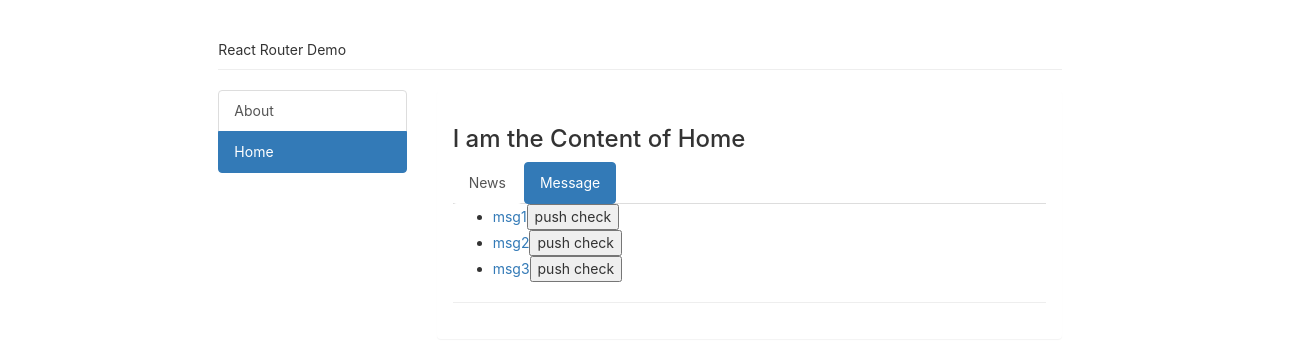
Repository: wenxi0504/Pubsub220113
Page: /home/message (app in githubsearch/)
An editor plug-in stored every save of this project. The page is shown before and after the next save, followed by the edit.
The browser window is 1280 px wide. The page is 1295 px wide, so the pictures cover 1295 px, including what lies to the right of the window. The pictures show the whole page.
The project was rebuilt for these pictures with package versions that can differ from the ones it lists, and the page was loaded fresh each time. Also part of the build but not shown: githubsearch/src/pages/Home/Message/Details/index.jsx, githubsearch/src/pages/About/index.js. Imported but missing from the stored project, and not drawn on this page: githubsearch/src/pages/Home/News/index.

Above is the page before, as saved 2022-01-18 21:07:20.

### githubsearch/public/index.html
<!DOCTYPE html>
<html lang="en">
  <head>
    <meta charset="utf-8" />
    <title>react staging</title>
    <link rel="icon" href="%PUBLIC_URL%/favicon.ico" />
    <link rel="stylesheet" href="./css/bootstrap.css" />
    <style>
      .atguigu {
        background-color: orange !important;
        color: white !important

      }
    </style>
  </head>
  <body>
    <noscript>You need to enable JavaScript to run this app.</noscript>
    <div id="root"></div>
  </body>
</html>

### githubsearch/src/index.js
import React from 'react';
import ReactDOM from 'react-dom';
import {BrowserRouter}from'react-router-dom';
import './index.css';
import App from './App';
import reportWebVitals from './reportWebVitals';

ReactDOM.render(
  <React.StrictMode>
    <BrowserRouter>
    <App />
    </BrowserRouter>

  </React.StrictMode>,
  document.getElementById('root')
);

// If you want to start measuring performance in your app, pass a function
// to log results (for example: reportWebVitals(console.log))
// or send to an analytics endpoint. Learn more: https://bit.ly/CRA-vitals
reportWebVitals();

### githubsearch/src/App.js
import React, { Component } from "react"
import{Route,Routes}from'react-router-dom'
import Home from './pages/Home'
import About from './pages/About'
import Header from './components/Header'
import MyNavLink from './components/MyNavLink'
export default class App extends Component {
  render() {
    return (
      <div>
        <div className="row">
          <div className="col-xs-offset-2 col-xs-8">
            <div className= "page-header">
              <Header a={1}/>
            </div>
          </div>
        </div>
        <div className="row">
          <div className="col-xs-2 col-xs-offset-2">
            <div className="list-group">
              {/* <a className="list-group-item" href="./about.html">
                About
              </a>
              <a className="list-group-item active" href="./home.html">
                Home
              </a> */}
              {/* using route to shift different components---write a route link */}
              <MyNavLink to="/about">About</MyNavLink>
              <MyNavLink to="/home">Home</MyNavLink>

            </div>
          </div>
          <div className="col-xs-6">
            <div className="panel">
              <div className="panel-body">
                {/* Register route */}
          <Routes>
                <Route path="/about" element={<About/>}/>
                <Route path="/home/*" element={<Home/>}/>
                </Routes>
              </div>
            </div>
          </div>
        </div>
      </div>
    );
  }
}

### githubsearch/src/pages/Home/index.js
import React, { Component } from "react";
import{Route,Routes,Navigate} from 'react-router-dom';
import News from "./News/index";
import Message from "./Message/index";
import MyNavLink from '../../components/MyNavLink/index'

export default class Home extends Component {
  render() {
    return (
      <div>
        <h3>I am the Content of Home</h3>
        <div>
          <ul className="nav nav-tabs">
            <li>
              <MyNavLink to ="/home/news">News</MyNavLink>
            </li>
            <li>
            <MyNavLink to ="/home/message">Message</MyNavLink>
            </li>
          </ul>
         {/* register route */}
         <Routes>
         <Route path="news" element={<News/>}/>
         <Route path="message/*" element={<Message/>}/>
         </Routes>

        </div>
      </div>
    );
  }
}

### githubsearch/src/components/Header/index.js
import React, { Component } from 'react'

export default class Header extends Component {
    render() {
        console.log('The props that Header component receive is? ',this.props)
        return (
            <div>
                React Router Demo
            </div>
        )
    }
}

### githubsearch/src/components/MyNavLink/index.js
import React, { Component } from 'react'
import {NavLink} from 'react-router-dom'

export default class MyNavLink extends Component {
    render() {
        //way 1
        // const{to,title}=this.props
        // return (
        //     <NavLink  activeClassName="atguigu"className="list-group-item" to={to}>{title}</NavLink>
        // )
        //way 2
        // const{title}=this.props
        // return (
        //     <NavLink  activeClassName="atguigu"className="list-group-item" {...this.props}>{title}</NavLink>
        // )
        //way3 tag body is also a special props
        const{title}=this.props
        return (
            <NavLink  activeClassName="atguigu"className="list-group-item" {...this.props} />
        )

    }
}

### githubsearch/src/pages/Home/Message/index.jsx
import React, { Component } from "react";
import {Link,Route,Routes} from "react-router-dom";
import Details from "./Details";

export default class Message extends Component {
  state = {
    messageArr: [
      { id: "01", title: "msg1" },
      { id: "02", title: "msg2" },
      { id: "03", title: "msg3" },
    ]
  }

  render() {
    const{messageArr}=this.state
    return (
      <div>
        <ul>
          {messageArr.map((msgObj) => {
            return (

              <li key={msgObj.id}>
                {/* pass params to route component */}
                <Link to={`/home/message/details/${msgObj.id}/${msgObj.title}`}>{msgObj.title}</Link>
                <button>push check</button>
              </li>
            );
          })}
        </ul>
        <hr/>
        {/* register route */}
        {/* receive param */}
        <Routes>
        <Route path="details/:id/:title" element={<Details/>}></Route>
        </Routes>


      </div>
    );
  }
}

Loaded but not shown: githubsearch/src/index.css (common file); githubsearch/src/reportWebVitals.js (common file); githubsearch/public/css/bootstrap.css (library)

After the next save:
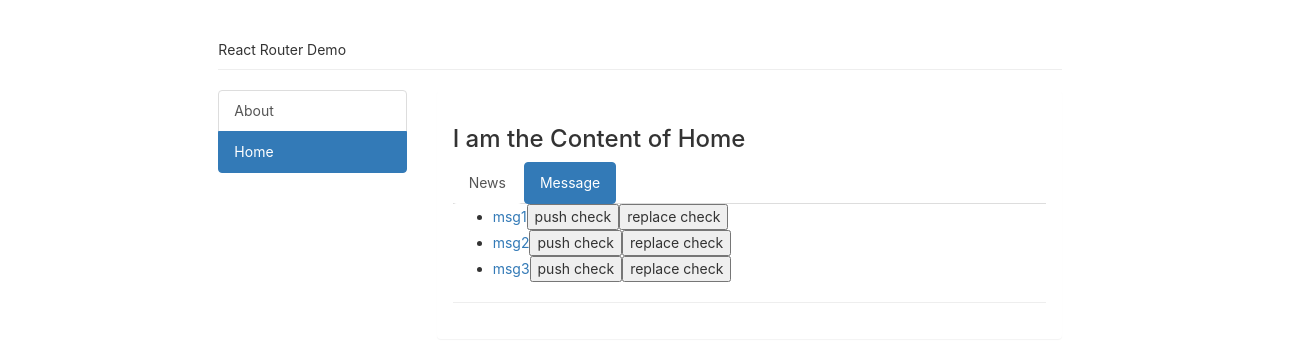
Saved 17 s later.
--- a/githubsearch/src/pages/Home/Message/index.jsx
+++ b/githubsearch/src/pages/Home/Message/index.jsx
@@ -23,6 +23,7 @@ export default class Message extends Component {
                 {/* pass params to route component */}
                 <Link to={`/home/message/details/${msgObj.id}/${msgObj.title}`}>{msgObj.title}</Link>
                 <button>push check</button>
+                <button>replace check</button>
               </li>
             );
           })}
